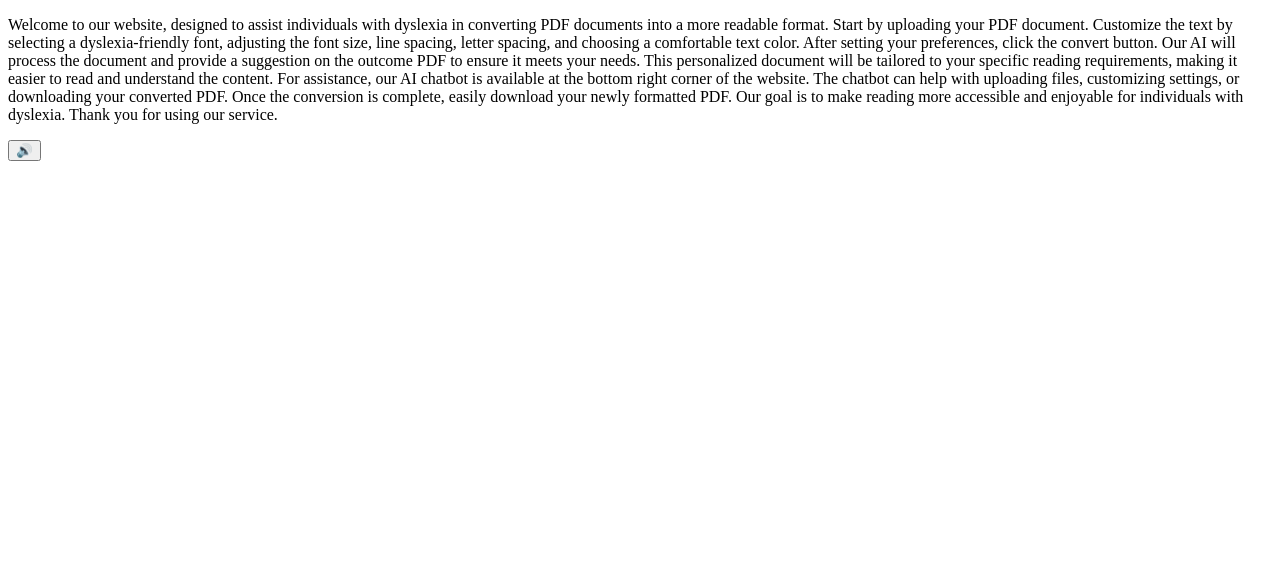
Repository: Shovon0004/Lexishift
Page: http://localhost/learn_more
These files come from the project's save history. The page is drawn as it stood at one moment and after the next save; the edit follows.
The browser window is 1280 px wide. The pictures show the whole page.
The page is served by the project's application, run on Flask 3 (run.py). Other server files are loaded and not shown.

Above is the page before, as saved 2024-07-27 22:10:41.

### templates/learn_more.html
<!DOCTYPE html>
<html lang="en">
<head>
    <meta charset="UTF-8">
    <meta name="viewport" content="width=device-width, initial-scale=1.0">
    <title>Read Aloud Feature</title>
</head>
<body>
    <div id="content">
        <!-- Your page content goes here -->
        <p>Welcome to our website, designed to assist individuals with dyslexia in converting PDF documents into a more readable format. Start by uploading your PDF document. Customize the text by selecting a dyslexia-friendly font, adjusting the font size, line spacing, letter spacing, and choosing a comfortable text color.

            After setting your preferences, click the convert button. Our AI will process the document and provide a suggestion on the outcome PDF to ensure it meets your needs. This personalized document will be tailored to your specific reading requirements, making it easier to read and understand the content.

            For assistance, our AI chatbot is available at the bottom right corner of the website. The chatbot can help with uploading files, customizing settings, or downloading your converted PDF. Once the conversion is complete, easily download your newly formatted PDF.

            Our goal is to make reading more accessible and enjoyable for individuals with dyslexia. Thank you for using our service.</p>
    </div>

    <button id="read-aloud-btn">&#128266;</button>

    <script>
        document.getElementById('read-aloud-btn').addEventListener('click', function() {
    // Get the content to be read
    var content = document.getElementById('content').innerText;

    // Check if the browser supports the Web Speech API
    if ('speechSynthesis' in window) {
        var speech = new SpeechSynthesisUtterance(content);

        // Optionally, you can set properties like pitch, rate, and volume
        speech.pitch = 1;
        speech.rate = 1;
        speech.volume = 1;

        // Start speaking
        window.speechSynthesis.speak(speech);
    } else {
        alert('Sorry, your browser does not support the Web Speech API.');
    }
});

    </script>
</body>
</html>

### app/routes.py
import io
import os
import logging
import pdfplumber
from flask import Blueprint, render_template, request, send_file, jsonify, url_for, send_from_directory
from reportlab.pdfgen import canvas
from reportlab.lib.pagesizes import letter
from reportlab.pdfbase import pdfmetrics
from reportlab.pdfbase.ttfonts import TTFont
from reportlab.lib.colors import HexColor
from PIL import Image as PILImage
from reportlab.lib.utils import ImageReader
import pandas as pd
from .ml_model import train_model, predict_formatting

logging.basicConfig(level=logging.DEBUG)
logger = logging.getLogger(__name__)
main = Blueprint('main', __name__)

@main.route('/')
def index():
    return render_template('index.html')

@main.route('/static/<path:filename>')
def serve_static(filename):
    return send_from_directory(main.static_folder, filename)


@main.route('/contact')
def contact():
    return render_template('contact.html')

@main.route('/privacy')
def privacy():
    return render_template('privacy.html')

@main.route('/terms')
def terms():
    return render_template('terms.html')

@main.route('/learn_more')
def learn_more():
    return render_template('learn_more.html')

@main.route('/ai_recommendations', methods=['POST'])
def ai_recommendations():
    form_data = request.form

    # Extract relevant data from form_data
    font_size = int(form_data.get('font_size', 12))
    line_spacing = int(form_data.get('line_spacing', 1))
    font_family = form_data.get('font_family', 'Arial')

    # Simple heuristic for generating recommendations
    recommendations = []

    if font_size < 14:
        recommendations.append("Consider using a larger font size for better readability.")
    if line_spacing < 1.5:
        recommendations.append("Increase the line spacing to at least 1.5 for improved readability.")


    if not recommendations:
        recommendations.append("Your document settings are optimal!")

    return jsonify({"recommendations": recommendations})

def convert_text(text):
    return text.upper()

def wrap_text(text, max_width, c, font_name, font_size):
    words = text.split()
    lines = []
    line = []
    line_width = 0
    min_words_per_line = 4  # Minimum words per line constraint
    for word in words:
        word_width = c.stringWidth(word, font_name, font_size)
        if line_width + word_width <= max_width and len(line) < min_words_per_line:
            line.append(word)
            line_width += word_width + c.stringWidth(' ', font_name, font_size)
        else:
            if len(line) < min_words_per_line:
                while len(line) < min_words_per_line and len(words) > 0:
                    line.append(words.pop(0))
            lines.append(' '.join(line))
            line = [word]
            line_width = word_width + c.stringWidth(' ', font_name, font_size)
    if len(line) > 0:
        lines.append(' '.join(line))
    return lines

def check_overlap(x, y, text_width, text_height, images, height):
    for img in images:
        if (x < img['x1'] and x + text_width > img['x0'] and
            y > height - img['bottom'] and y < height - img['top']):
            return True
    return False

def create_dyslexia_friendly_pdf(input_pdf, font_name='OpenDyslexic', font_size=12, line_spacing=14, letter_spacing=0.1, text_color='black'):
    logger.debug("Starting PDF conversion")
    output = io.BytesIO()
    input_pdf.seek(0)

    pdfmetrics.registerFont(TTFont('OpenDyslexic', os.path.join(os.path.dirname(__file__), 'static', 'OpenDyslexic.ttf')))

    c = canvas.Canvas(output, pagesize=letter)
    width, height = letter
    margin = 50

    with pdfplumber.open(input_pdf) as pdf:
        for page_num, page in enumerate(pdf.pages):
            logger.debug(f"Processing page {page_num}")
            c.setFont(font_name, font_size)
            c.setFillColor(HexColor(text_color))

            images = page.images
            words = page.extract_words()

            for image in images:
                img_bbox = [image['x0'], image['top'], image['x1'], image['bottom']]
                img_bbox[0] = max(img_bbox[0], page.bbox[0])
                img_bbox[1] = max(img_bbox[1], page.bbox[1])
                img_bbox[2] = min(img_bbox[2], page.bbox[2])
                img_bbox[3] = min(img_bbox[3], page.bbox[3])

                img = page.within_bbox(img_bbox).to_image()
                img_data = io.BytesIO()
                img.save(img_data, format='PNG')
                img_data.seek(0)
                pil_img = PILImage.open(img_data)
                c.drawImage(ImageReader(pil_img), img_bbox[0], height - img_bbox[1] - (img_bbox[3] - img_bbox[1]),
                            img_bbox[2] - img_bbox[0], img_bbox[3] - img_bbox[1])

            line_y = height - margin
            x = margin
            max_width = width - 2 * margin

            for word in words:
                text = convert_text(word['text'])
                wrapped_lines = wrap_text(text, max_width, c, font_name, font_size)

                for line in wrapped_lines:
                    text_width = c.stringWidth(line, font_name, font_size)
                    text_height = font_size

                    while check_overlap(x, line_y, text_width, text_height, images, height):
                        line_y -= line_spacing
                        if line_y < margin:
                            c.showPage()
                            c.setFont(font_name, font_size)
                            c.setFillColor(HexColor(text_color))
                            line_y = height - margin
                            x = margin

                    c.drawString(x, line_y, line, charSpace=letter_spacing)
                    line_y -= line_spacing

                    if line_y < margin:
                        c.showPage()
                        c.setFont(font_name, font_size)
                        c.setFillColor(HexColor(text_color))
                        line_y = height - margin
                        x = margin

            c.showPage()

    c.save()
    output.seek(0)
    logger.debug("PDF conversion completed")
    return output

@main.route('/', methods=['POST'])
def upload():
    if request.method == 'POST':
        pdf_file = request.files['file']
        font_name = request.form.get('font_name', 'OpenDyslexic')
        font_size = int(request.form.get('font_size', 12))
        line_spacing = int(request.form.get('line_spacing', 14))
        letter_spacing = float(request.form.get('letter_spacing', 0.1))
        text_color = request.form.get('text_color', 'black')

        model = train_model()
        features = pd.DataFrame([[font_name, font_size, line_spacing, letter_spacing, text_color]],
                                columns=['font_name', 'font_size', 'line_spacing', 'letter_spacing', 'text_color'])
        suggestion = predict_formatting(features, model)

        font_name = suggestion.get('font_name', font_name)
        font_size = suggestion.get('font_size', font_size)
        line_spacing = suggestion.get('line_spacing', line_spacing)
        letter_spacing = suggestion.get('letter_spacing', letter_spacing)
        text_color = suggestion.get('text_color', text_color)

        dyslexia_friendly_pdf = create_dyslexia_friendly_pdf(pdf_file, font_name, font_size, line_spacing, letter_spacing, text_color)
        return send_file(dyslexia_friendly_pdf, as_attachment=True, download_name='dyslexia_friendly.pdf', mimetype='application/pdf')

@main.route('/feedback', methods=['POST'])
def feedback():
    feedback_data = request.json
    save_user_feedback(
        feedback_data['feedback'],
        feedback_data['font_name'],
        feedback_data['font_size'],
        feedback_data['line_spacing'],
        feedback_data['letter_spacing'],
        feedback_data['text_color']
    )
    return jsonify({"status": "success"})

@main.route('/suggest_formatting', methods=['POST'])
def suggest_formatting():
    user_prefs = request.json
    model = train_model()
    features = pd.DataFrame([[
        user_prefs['font_name'],
        user_prefs['font_size'],
        user_prefs['line_spacing'],
        user_prefs['letter_spacing'],
        user_prefs['text_color']
    ]], columns=['font_name', 'font_size', 'line_spacing', 'letter_spacing', 'text_color'])
    prediction = predict_formatting(features, model)
    return jsonify({"suggestion": prediction})

def save_user_feedback(feedback, font_name, font_size, line_spacing, letter_spacing, text_color):
    feedback_file = os.path.join(os.path.dirname(os.path.abspath(__file__)), '..', 'user_feedback.csv')
    with open(feedback_file, 'a') as f:
        f.write(f"{feedback},{font_name},{font_size},{line_spacing},{letter_spacing},{text_color}\n")

### run.py
from __init__ import create_app


app = create_app()

if __name__ == '__main__':
    app.run(debug=True)

After the next save:
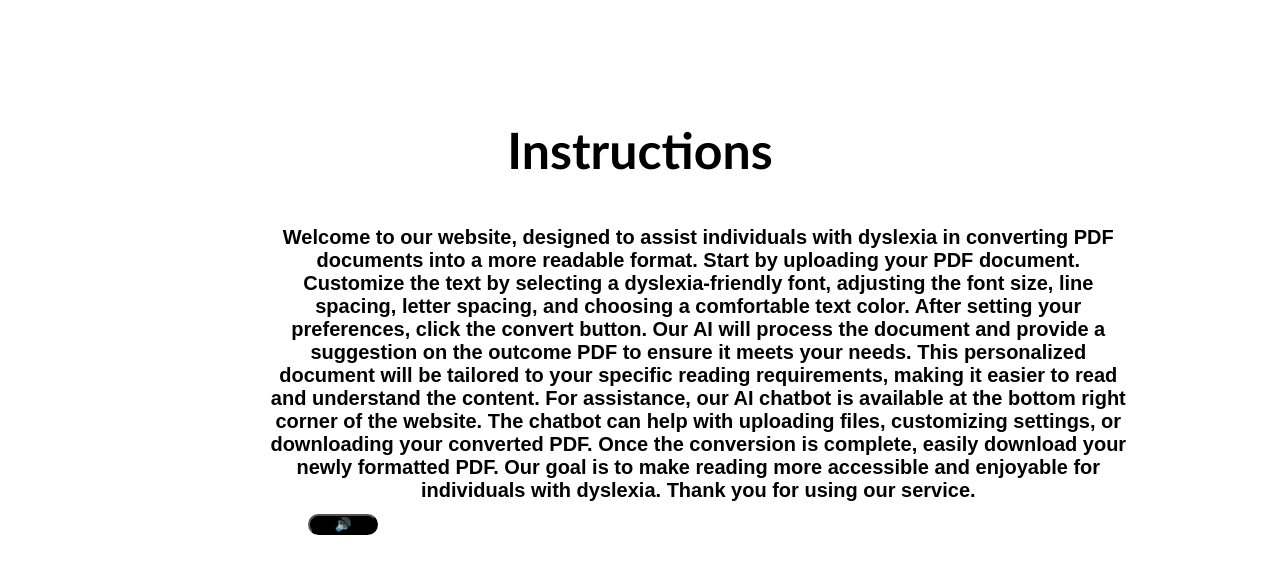
Saved 74 min 14 s later.
--- a/templates/learn_more.html
+++ b/templates/learn_more.html
@@ -6,19 +6,47 @@
     <title>Read Aloud Feature</title>
 </head>
 <body>
-    <div id="content">
+    <h1 class="content1">
+        Instructions
+    </h1>
+    <div id="content" >
         <!-- Your page content goes here -->
-        <p>Welcome to our website, designed to assist individuals with dyslexia in converting PDF documents into a more readable format. Start by uploading your PDF document. Customize the text by selecting a dyslexia-friendly font, adjusting the font size, line spacing, letter spacing, and choosing a comfortable text color.
+        <button class="content0">Welcome to our website, designed to assist individuals with dyslexia in converting PDF documents into a more readable format. Start by uploading your PDF document. Customize the text by selecting a dyslexia-friendly font, adjusting the font size, line spacing, letter spacing, and choosing a comfortable text color.
 
             After setting your preferences, click the convert button. Our AI will process the document and provide a suggestion on the outcome PDF to ensure it meets your needs. This personalized document will be tailored to your specific reading requirements, making it easier to read and understand the content.
 
             For assistance, our AI chatbot is available at the bottom right corner of the website. The chatbot can help with uploading files, customizing settings, or downloading your converted PDF. Once the conversion is complete, easily download your newly formatted PDF.
 
-            Our goal is to make reading more accessible and enjoyable for individuals with dyslexia. Thank you for using our service.</p>
+            Our goal is to make reading more accessible and enjoyable for individuals with dyslexia. Thank you for using our service.</button>
     </div>
+    <button id="read-aloud-btn" class="button1">&#128266;</button>
+    <style>
 
-    <button id="read-aloud-btn">&#128266;</button>
-
+        .button1{
+            margin-left: 300px;
+            width: 70px;
+            background-color: rgb(0, 0, 0);
+            border-radius: 20px;
+            cursor: pointer;
+        }
+        .content0{
+            font-weight: bold;
+            font-size: 20px;
+            font-family: Arial;
+            width: 875px;
+            height: 300px;
+            margin-left:20%;
+            margin-top: 0%;
+            background: none;
+            border:none;
+        }
+        .content1{
+            margin-top: 120px;
+            text-align: center;
+            font-size: 50px;
+            font-family: 'Trebuchet MS', 'Lucida Sans Unicode', 'Lucida Grande', 'Lucida Sans', Arial, sans-serif;
+        }
+    </style>
     <script>
         document.getElementById('read-aloud-btn').addEventListener('click', function() {
     // Get the content to be read
@@ -39,7 +67,6 @@
         alert('Sorry, your browser does not support the Web Speech API.');
     }
 });
-
     </script>
 </body>
 </html>
